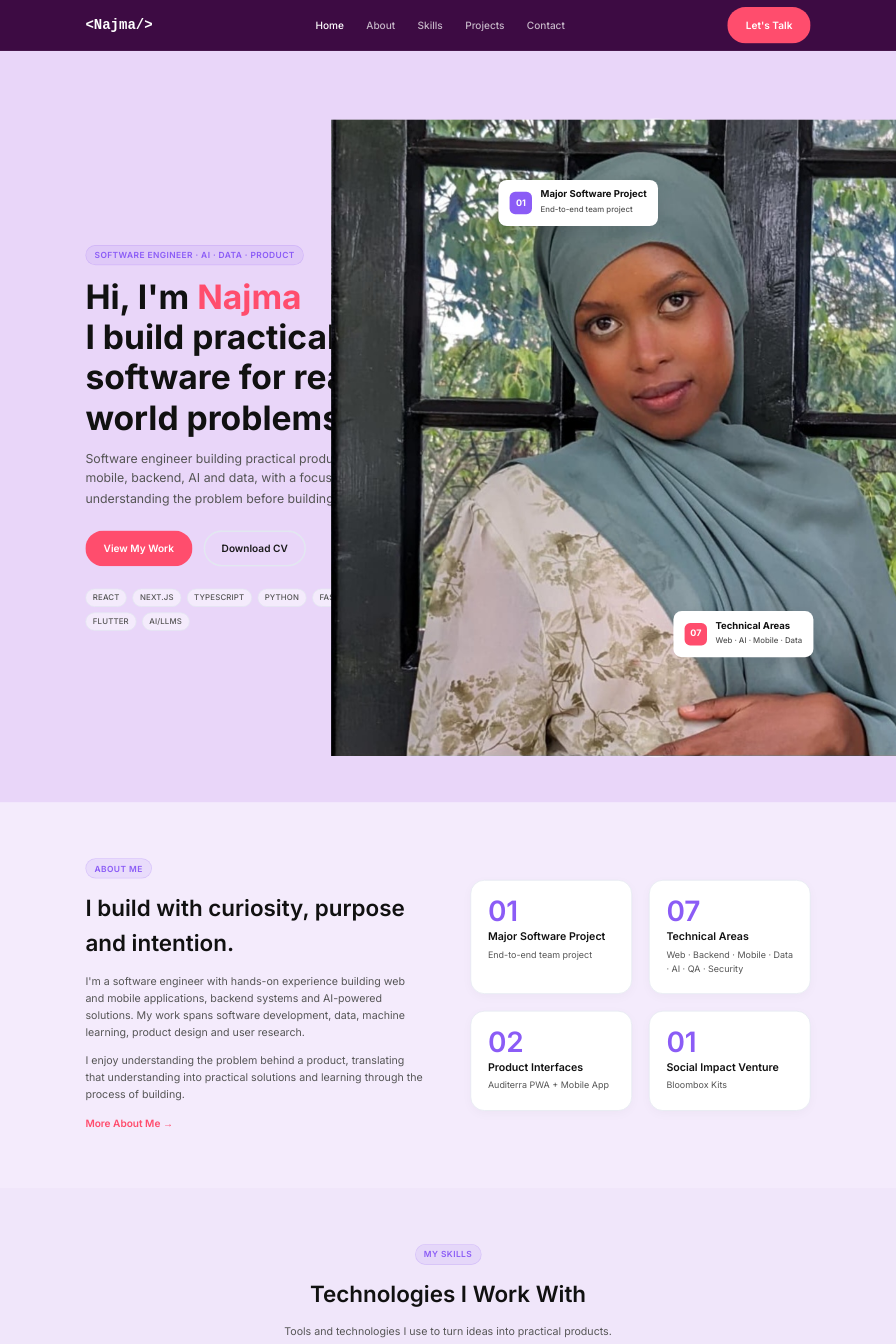
Repository: najmahares/portfolio
Page: index.html
The author's editor kept a copy of each file at every save. The page is drawn from the files as they stood at one save, then again after the next save.
The browser window is 1280 px wide. The pictures show the part of the page from y = 0 to 1920 px (the page is 3633 px tall before and 3272 px after), at 70% of full size.

Above is the page before, as saved 2026-09-19 06:08:57.

After the next save:
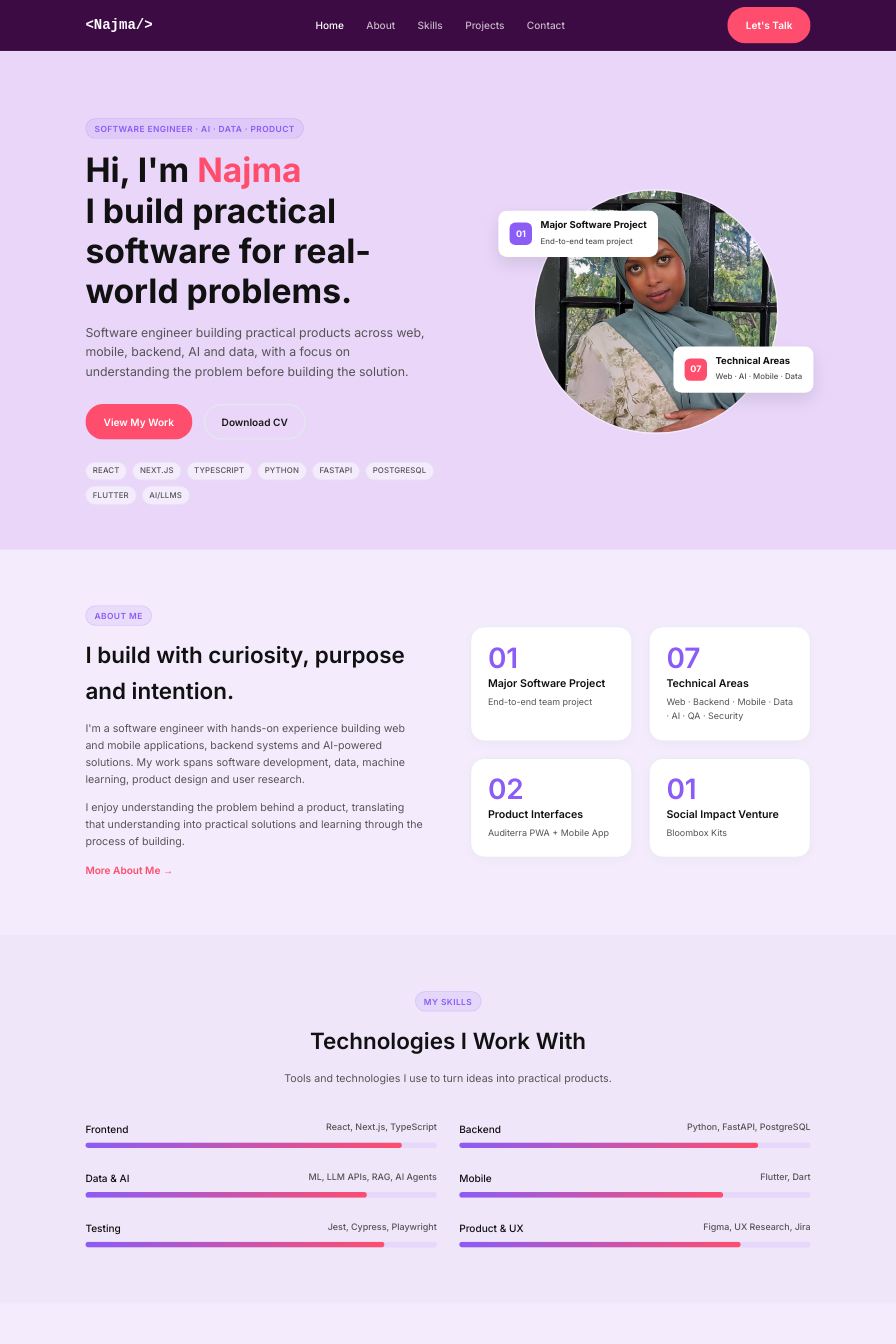
Saved 4 s later.
--- a/css/style.css
+++ b/css/style.css
@@ -667,3 +667,13 @@ p {
     text-align: center;
   }
 }
+/* --- Hero Image Styling --- */
+.hero-img {
+  width: 100%;
+  height: 100%;
+  object-fit: cover; /* Ensures the image fills the circle without stretching */
+  border-radius: 50%; /* Makes the image a perfect circle */
+  position: relative;
+  z-index: 2; /* Keeps it behind the floating stat cards */
+  display: block;
+}
